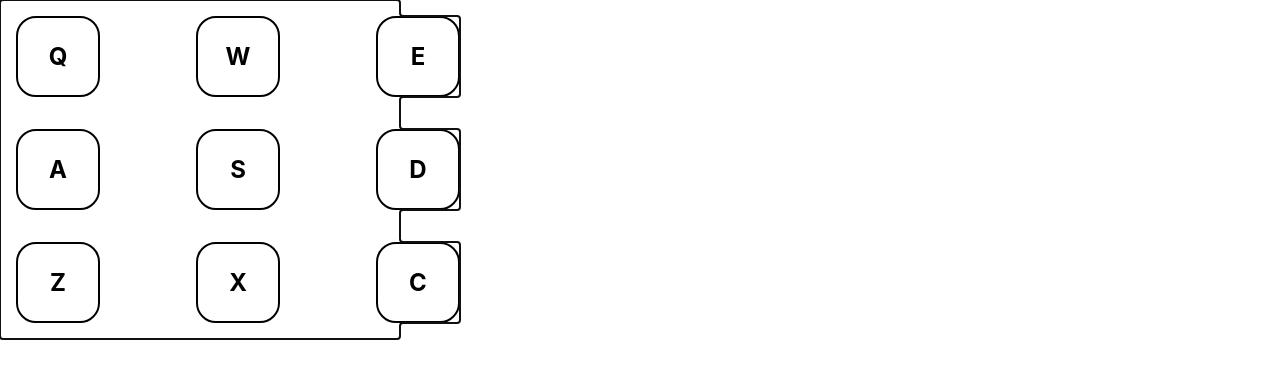
Repository: milac0/drum-machine
Page: /
The author's editor kept a copy of each file at every save. The page is drawn from the files as they stood at one save, then again after the next save.
The browser window is 1280 px wide. The pictures show the whole page.
The project was rebuilt for these pictures with package versions that can differ from the ones it lists, and the page was loaded fresh each time.

Above is the page before, as saved 2019-10-25 17:26:43.

### public/index.html
<!DOCTYPE html>
<html lang="en">
  <head>
    <meta charset="utf-8" />
    <link rel="shortcut icon" href="%PUBLIC_URL%/favicon.ico" />
    <meta name="viewport" content="width=device-width, initial-scale=1" />
    <meta name="theme-color" content="#000000" />
    <!--
      manifest.json provides metadata used when your web app is installed on a
      user's mobile device or desktop. See https://developers.google.com/web/fundamentals/web-app-manifest/
    -->
    <link rel="manifest" href="%PUBLIC_URL%/manifest.json" />
    <!--
      Notice the use of %PUBLIC_URL% in the tags above.
      It will be replaced with the URL of the `public` folder during the build.
      Only files inside the `public` folder can be referenced from the HTML.

      Unlike "/favicon.ico" or "favicon.ico", "%PUBLIC_URL%/favicon.ico" will
      work correctly both with client-side routing and a non-root public URL.
      Learn how to configure a non-root public URL by running `npm run build`.
    -->
    <title>Drum Machine</title>
  </head>
  <body>
    <noscript>You need to enable JavaScript to run this app.</noscript>
    <div id="root"></div>
    <!--
      This HTML file is a template.
      If you open it directly in the browser, you will see an empty page.

      You can add webfonts, meta tags, or analytics to this file.
      The build step will place the bundled scripts into the <body> tag.

      To begin the development, run `npm start` or `yarn start`.
      To create a production bundle, use `npm run build` or `yarn build`.
    -->
    <script src="https://cdn.freecodecamp.org/testable-projects-fcc/v1/bundle.js"></script>
  </body>
</html>

### src/index.css
html {
  height: 100%;
}

body {
  margin: 0;
  padding: 0;
  height: 100%;
  min-height: 100%;
  width: 100%;
  font-family: -apple-system, BlinkMacSystemFont, "Segoe UI", "Roboto", "Oxygen",
    "Ubuntu", "Cantarell", "Fira Sans", "Droid Sans", "Helvetica Neue",
    sans-serif;
  -webkit-font-smoothing: antialiased;
  -moz-osx-font-smoothing: grayscale;
}
#root{
  height: 100%;
}
code {
  font-family: source-code-pro, Menlo, Monaco, Consolas, "Courier New",
    monospace;
}

### src/App.js
import React, { Fragment } from "react";
import "./App.css";
import DrumPad from "./Components/DrumPad";

class App extends React.Component {
  constructor(props) {
    super(props);
    this.references = {};
    this.state = { display: "" };
    this.keyPressRef = React.createRef();
    this.handleClick = this.handleClick.bind(this);
    this.handleKeyDown = this.handleKeyDown.bind(this);
    this.getOrCreateRef = this.getOrCreateRef.bind(this);
    this.setDisplay = this.setDisplay.bind(this);
  }

  componentDidMount() {
    this.keyPressRef.current.focus();
  }

  handleClick = id => {
    // console.log(this.references[id].current);
    this.references[id].current.play();
    this.references[id].current.currentTime = 0;
    this.setDisplay(id);
  };

  handleKeyDown = e => {
    if (this.references.hasOwnProperty(e.key.toUpperCase())) {
      this.references[e.key.toUpperCase()].current.play();
      this.references[e.key.toUpperCase()].current.currentTime = 0;
    }
    this.setDisplay(e.key.toUpperCase());
  };

  setDisplay(id) {
    let display;
    try {
      display = drums.filter(elem => elem.id === id)[0].text;
    } catch {
      display = this.state.display;
    }
    console.log(display);
    this.setState({ display });
  }

  getOrCreateRef(id) {
    if (!this.references.hasOwnProperty(id)) {
      return (this.references[id] = React.createRef());
    } else return this.references[id];
  }

  render() {
    return (
      <Fragment>
      <div
        id="drum-machine"
        ref={this.keyPressRef}
        onKeyDown={this.handleKeyDown}
        tabIndex="0"
      >


        {/* <div id="drum-pads"> */}
          {drums.map((elem, i) => (
            <DrumPad
              name={elem.text}
              ref={this.getOrCreateRef(elem.id)}
              clickHandler={this.handleClick}
              id={elem.id}
              src={elem.src}
              key={i}
            />
          ))}
        {/* </div> */}
      </div>
      <p id="display">{this.state.display}</p>
      </Fragment>
    );
  }
}

const drums = [
  {
    id: "Q",
    text: "hit the nail",
    src:
      "https://sampleswap.org/samples-ghost/DRUMS%20(SINGLE%20HITS)/Kicks/16[kb]808bd.aif.mp3"
  },
  {
    id: "W",
    text: "badong",
    src:
      "https://sampleswap.org/samples-ghost/DRUMS%20(SINGLE%20HITS)/Kicks/152[kb]808bd3.aif.mp3"
  },
  {
    id: "E",
    text: "stop kick",
    src:
      "https://sampleswap.org/samples-ghost/DRUMS%20(SINGLE%20HITS)/Kicks/15[kb]808bd2.aif.mp3"
  },
  {
    id: "A",
    text: "pang",
    src:
      "https://sampleswap.org/samples-ghost/DRUMS%20(SINGLE%20HITS)/Kicks/152[kb]808distbd.aif.mp3"
  },
  {
    id: "S",
    text: "boing",
    src:
      "https://sampleswap.org/samples-ghost/DRUMS%20(SINGLE%20HITS)/Kicks/67[kb]808sub.aif.mp3"
  },
  {
    id: "D",
    text: "absolute insane kikdrum",
    src:
      "https://sampleswap.org/samples-ghost/DRUMS%20(SINGLE%20HITS)/Kicks/69[kb]absolutely-insane-kikdrum.wav.mp3"
  },
  {
    id: "Z",
    text: "absurdistan kick",
    src:
      "https://sampleswap.org/samples-ghost/DRUMS%20(SINGLE%20HITS)/Kicks/34[kb]absurdistan-kick.wav.mp3"
  },
  {
    id: "X",
    text: "backwards in crash",
    src:
      "https://sampleswap.org/samples-ghost/DRUMS%20(SINGLE%20HITS)/Gongs%20and%20Super%20Crashes/61[kb]backwards-in-crash.aif.mp3"
  },
  {
    id: "C",
    text: "cymbals",
    src:
      "https://sampleswap.org/samples-ghost/DRUMS%20(SINGLE%20HITS)/Cymbals/100[kb]curiouscym1.aif.mp3"
  }
];

export default App;

### src/App.css
/* #drum-pads {
  max-width: 40%;
  height: auto;
  margin: 0 auto;
  padding: 10px;
  position: relative;
  margin: 0 auto;
  align-self: auto;
  display: inline-grid;
} */

#drum-machine {
  max-width: 400px;
  display: inline-grid;
  grid-template-columns: 180px 180px 180px;
}

.drum-pad {
  max-width: 80px;
  height: auto;
  margin: 1em;
  border: 2px solid black;
  border-radius: 20px;
  text-align: center;
}

.drum-pad p {
  font-size: 1.5rem;
  font-weight: 700;
}

/* #display {
  margin: 0 auto;
  height: 30px;
  width: 200px;
  padding: 10px;
  background: #FDC8C8;
  text-align: center;
}

.drum-pad {
  width: 240px;
  text-align: center;
  border: 1px solid black;
  padding: 1rem 1.5rem;
}

#W {
  grid-column-start: 2;
  grid-column-end: 3;
}

#E {
  grid-column-start: 3;
  grid-column-end: 4;
}

.drum-pad:hover {
  cursor: pointer;
} */

### src/Components/DrumPad.js
import React from "react";

const DrumPad = React.forwardRef((props, ref) => (
  <div
    className="drum-pad"
    id={props.id}
    onClick={() => props.clickHandler(props.id)}
    text={props.name}
  >
    <p>{props.id}</p>
    <audio ref={ref} src={props.src} className="clip" id={props.id}></audio>
  </div>
));

export default DrumPad;

Loaded but not shown: src/index.js (common file)

After the next save:
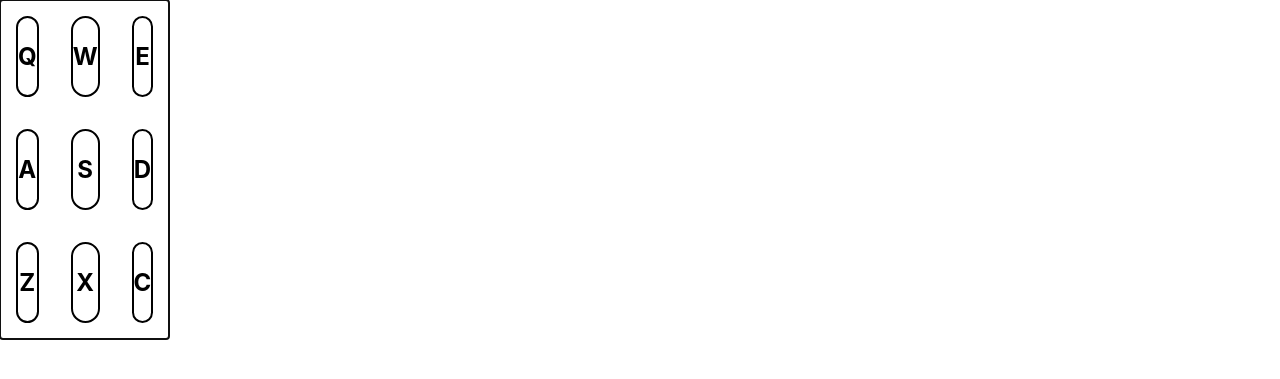
Saved 12 s later.
--- a/src/App.css
+++ b/src/App.css
@@ -12,7 +12,7 @@
 #drum-machine {
   max-width: 400px;
   display: inline-grid;
-  grid-template-columns: 180px 180px 180px;
+  grid-template-columns: auto auto auto;
 }
 
 .drum-pad {

After the save that followed:
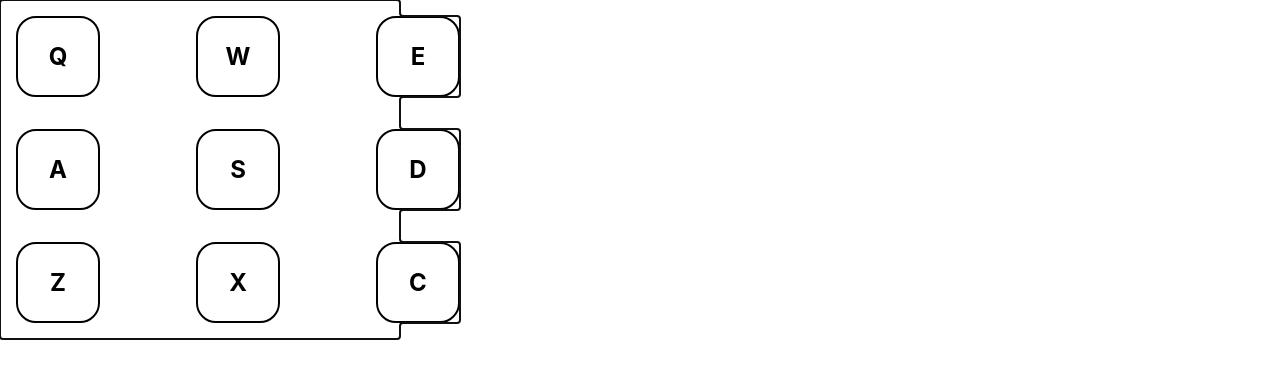
Saved 7 s later.
--- a/src/App.css
+++ b/src/App.css
@@ -10,9 +10,9 @@
 } */
 
 #drum-machine {
-  max-width: 400px;
+  width: 400px;
   display: inline-grid;
-  grid-template-columns: auto auto auto;
+  grid-template-columns: 180px 180px 180px;
 }
 
 .drum-pad {
